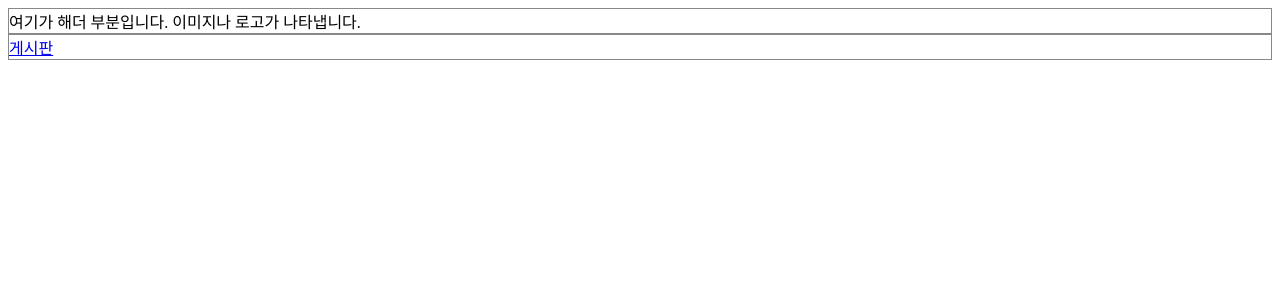
Repository: seokku/java2
Page: workspace/web/ch02basic/WebContent/semantic.html
These files come from the project's save history. The page is drawn as it stood at one moment and after the next save; the edit follows.
The browser window is 1280 px wide. The pictures show the whole page.

Above is the page before, as saved 2021-02-15 07:28:18.

After the next save:
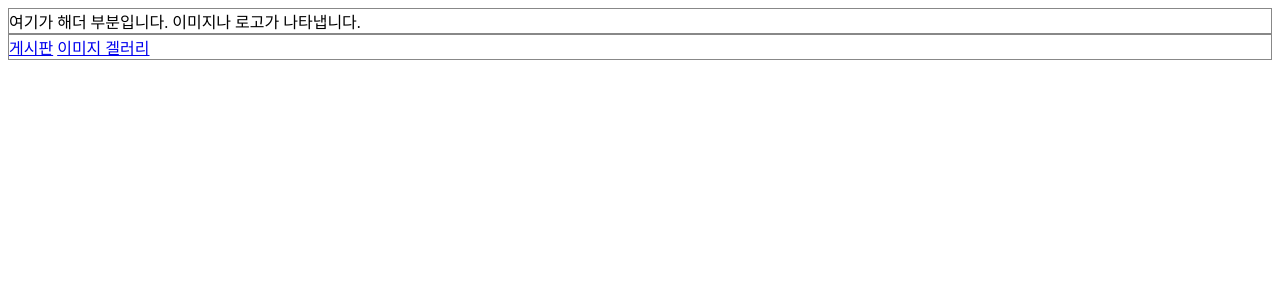
Saved 32 s later.
--- a/workspace/web/ch02basic/WebContent/semantic.html
+++ b/workspace/web/ch02basic/WebContent/semantic.html
@@ -13,7 +13,7 @@ header, nav, section, article, aside, footer{
 <body>
 <header>여기가 해더 부분입니다. 이미지나 로고가 나타냅니다.</header>
 <nav>
-	<a href="../board/list.jsp">게시판</a>
+	<a href="../board/list.jsp">게시판</a> <a href="../image/list.jsp">이미지 겔러리</a>
 </nav>
 </body>
 </html>
